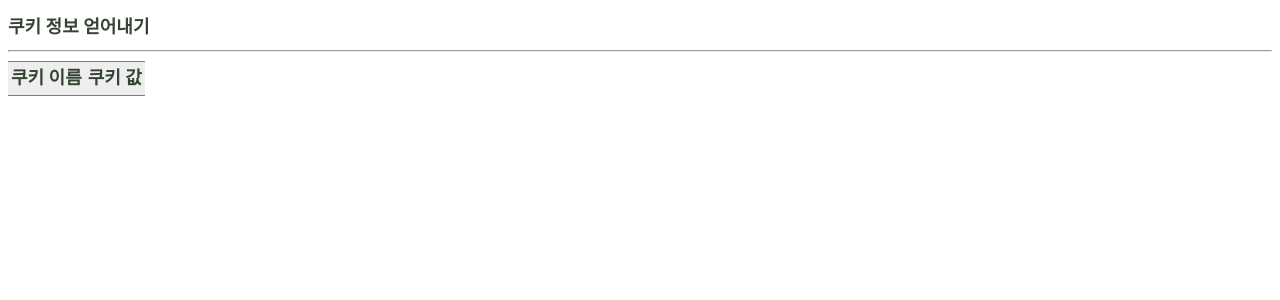
Repository: hyyrim/WebStudy
Page: http://localhost/WebApp15/TestGetCookie.jsp
These files come from the project's save history. The page is drawn as it stood at one moment and after the next save; the edit follows.
The browser window is 1280 px wide. The pictures show the whole page.
The page is served by Tomcat 9. Other server files are loaded and not shown.

Above is the page before, as saved 2021-05-20 00:34:58.

### WebApp15/WebContent/TestGetCookie.jsp
<%@ page contentType="text/html; charset=UTF-8"%>
<%
	request.setCharacterEncoding("UTF-8");

	Cookie[] ckArr = request.getCookies();
	// 줄때는 response로 주고 얻을때는 request
	// 단일 쿠키 반환이 아닌 쿠키 배열을 반환한다.


%>
<!DOCTYPE html>
<html>
<head>
<meta charset="UTF-8">
<title>TestGetCookie.jsp</title>
<link rel="stylesheet" type="text/css" href="css/default.css">

</head>
<body>

<div>
	<h1>쿠키 정보 얻어내기</h1>
	<hr>
</div>


<div>
	<table class="table">
		<tr>
			<th>쿠키 이름</th>
			<th>쿠키 값</th>
		</tr>

	</table>
</div>

</body>
</html>

### WebApp15/WebContent/css/default.css
@charset "UTF-8";

*
{
	font-size: 18px;
	color: #343;
	font-family: 맑은 고딕;
	font-weight: bold;
}

input
{
	border-radius: 4px;
}

button:hover
{
	color: orange;
}

.table
{
	border-collapse: collapse;
}

.table th, .table td
{
	border: 1px solid gray;
	border-left: 0px;
	border-right: 0px;

	padding: 3px;
	line-height: 150%;
	text-align: center;
}

.table th
{
	font-weight: bold;
	background-color: #EEE;
}

.btn01
{
	font-size: 10px;
	color: blue;
	width: 45px;
	height: 30px;
}

.btn02
{
	font-size: 10px;
	color: gray;
	width: 45px;
	height: 30px;
}

.btn02:hover
{
	color: gray;
}

.errMsg
{
	font-size: small;
	color: red;
	display: none;
}

.numTh
{
	width: 50px;
}

.nameTh
{
	width: 100px;
}

.telTh
{
	width: 150px;
}

.manageTh
{
	width: 200px;
}

.txtScore
{
	width: 100px;
	text-align: right;
}

After the next save:
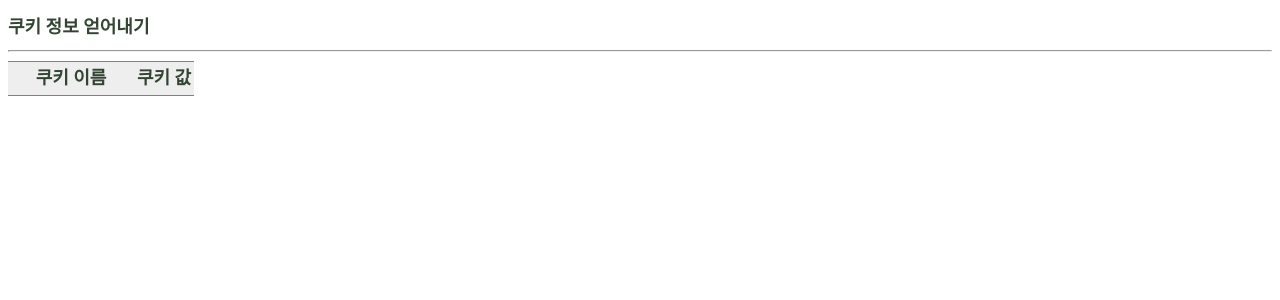
Saved 28 s later.
--- a/WebApp15/WebContent/TestGetCookie.jsp
+++ b/WebApp15/WebContent/TestGetCookie.jsp
@@ -27,7 +27,7 @@
 <div>
 	<table class="table">
 		<tr>
-			<th>쿠키 이름</th>
+			<th style="width: 120px;">쿠키 이름</th>
 			<th>쿠키 값</th>
 		</tr>
 
